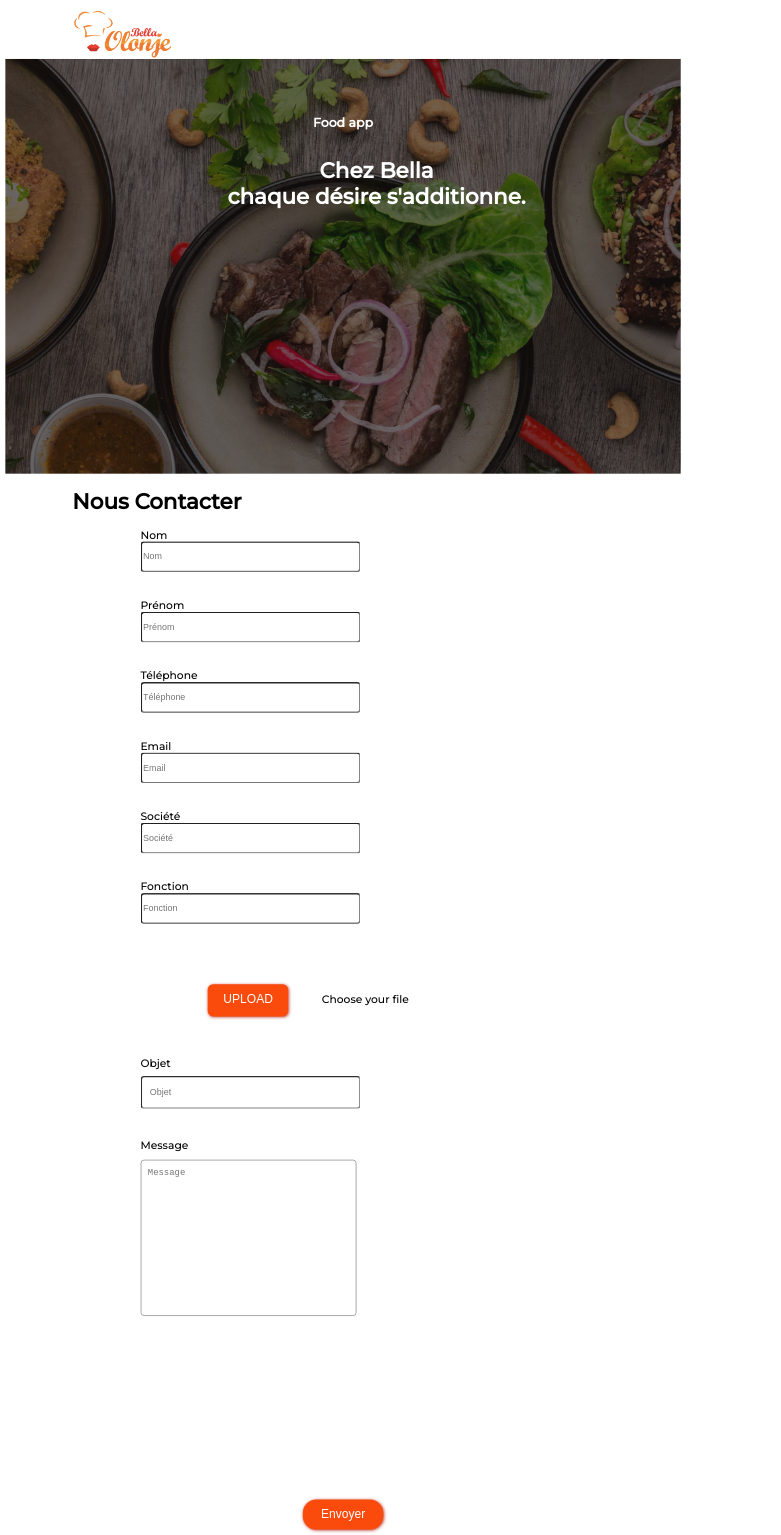
Repository: Ahlam-belhadj/bella-olange
Page: index3.html
An editor plug-in stored every save of this project. The page is shown before and after the next save, followed by the edit.
The browser window is 1024 px wide. The page is 1166 px wide, so the pictures cover 1166 px, including what lies to the right of the window. The pictures show the whole page, at 67% of full size.
Pictures or frames that could not be fetched are drawn as grey boxes.

Above is the page before, as saved 2023-02-12 21:16:12.

### index3.html
<!DOCTYPE html>
<html lang="en">

<head>
    <meta charset="UTF-8">
    <meta http-equiv="X-UA-Compatible" content="IE=edge">
    <meta name="viewport" content="width=device-width, initial-scale=1.0">
    <link rel="stylesheet" href="style3.css">
    <script src="https://www.google.com/recaptcha/api.js" async defer></script>
    <title>Bella olanje</title>
</head>

<body>
    <header>
        <nav>
            <div class="logo"><img  class="logo" src="image/logo_bella_olonje.png" alt="logo"></div>
            <ul>
                <li><a href="#" class="nav-link">Home</a></li>
                <li><a href="#" class="nav-link">Pizza</a></li>
                <li><a href="#" class="nav-link">Burgers</a></li>
                <li><a href="#" class="nav-link">Salade</a></li>
                <li><a href="#" class="nav-link">Contact</a></li>

            </ul>
            <div class="icon_navbar">
                <label for="click" class="menu-btn">
                  <i class="fas fa-bars"></i>
                </label>
            </div>
          </nav>

        <div class="title">
            <div class="texte">
                <h3>Food app</h3>
                <h1>Chez Bella <br>
                    chaque désire s'additionne.</h1>
            </div>
        </div>
    </header>
    <main>
    <div class="information">
        <form>
            <h1>Nous Contacter</h1>
            <div class="commande">
                <div class="info1">
                    <div class="label">
                        <label>Nom</label>
                        <br>
                        <input type="text" placeholder="Nom">
                    </div>
                    <div class="label">
                        <label>Prénom</label>
                        <br>
                        <input type="text" placeholder="Prénom">
                    </div>
                </div>
                <div class="info2">
                    <div class="label">
                        <label>Téléphone</label>
                        <br>
                        <input type="text" placeholder="Téléphone">
                    </div>
                    <div class="label">
                        <label>Email</label>
                        <br>
                        <input type="email" placeholder="Email">
                    </div>
                </div>
                <div class="info1">
                    <div class="label">
                        <label>Société</label>
                        <br>
                        <input type="text" placeholder="Société">
                    </div>
                    <div class="label">
                        <label>Fonction</label>
                        <br>
                        <input type="email" placeholder="Fonction">
                    </div>
                </div>

            </div>
        </form>
    </div>


    <div class="chose">
        <div class="div_button">
            <button class="button1" type="button">UPLOAD</button>
            <p>Choose your file</p>
        </div>
    </div>

    <div>
        <div class="g-recaptcha" data-sitekey="6Lff4ygkAAAAABA1RWNuq8ewgkRZaDD-yAWqFs1t"></div>
    </div>

    <div class="grp_choose">
        <div class="choose_message">
            <div class="label_choose">
                <label>Objet</label><br>
                <input type="text" placeholder="Objet">
            </div>
            <div class="label_message">
                <label>Message</label><br>
                <textarea placeholder="Message"></textarea>
            </div>
        </div>
    </div>


    <div class="maps">
        <iframe
            src="https://www.google.com/maps/embed?pb=!1m18!1m12!1m3!1d6464.54830951471!2d2.4294808287259815!3d48.785241545980085!2m3!1f0!2f0!3f0!3m2!1i1024!2i768!4f13.1!3m3!1m2!1s0x47e67344bd2d57f1%3A0x2a84a845271b523a!2sAFPA!5e0!3m2!1sfr!2sfr!4v1674668360985!5m2!1sfr!2sfr"
            width="600" height="450" style="border:0;" allowfullscreen="" loading="lazy"
            referrerpolicy="no-referrer-when-downgrade"></iframe>
    </div>


    <div class="button1">
        <button class="button">Envoyer</button>
    </div>
</main>
</body>

</html>

### style3.css
@import url('https://fonts.googleapis.com/css2?family=Montserrat:wght@100;200;500&display=swap');

body {
    font-family: Montserrat, sans-serif;
}


.logo {
    height: 80px;
}

nav {
    display: flex;
    height: 80px;
    width: 100%;
    background: white;
    align-items: center;
    justify-content: space-between;
    padding: 0 50px 0 100px;
    flex-wrap: wrap;
}

nav .logo {
    color: #fff;
    font-size: 20px;
    text-transform: uppercase;
    text-decoration: none;
}

nav a {
    color: #fff;
    text-decoration: none;
}

nav ul {
    display: flex;
    flex-wrap: wrap;
    list-style: none;

}

nav ul li {
    margin: 0 5px;
}

nav ul li a {
    color: black;
    text-decoration: none;
    font-size: 16px;
    font-weight: 500;
    padding: 8px 15px;
    border-radius: 5px;
    letter-spacing: 1px;
    transition: all 0.3s ease;
}

nav .icon_navbar {
    display: flex;
}



nav .menu-btn i {
    color: #050505;
    font-size: 22px;
    cursor: pointer;

}

input[type="checkbox"] {
    display: none;
}

@media (max-width: 1000px) {
    nav {
        padding: 0 40px 0 50px;
    }

    nav .logo {
        color: #fff;
        font-size: 16px;
        text-transform: uppercase;
    }
}

@media (max-width: 1250px) {
    nav .menu-btn i {
        display: block;
    }

    #click:checked~.menu-btn i:before {
        content: "\f00d";
    }

    nav ul {
        position: fixed;
        top: 80px;
        right: -100%;
        background: #C81100;
        height: 100vh;
        width: 60%;
        text-align: center;
        display: block;
        transition: all 0.3s ease;
    }

    #click:checked~ul {
        right: 0;
    }

    nav ul li {
        width: 100%;
        margin: 40px 0;
    }

    nav ul li a {
        width: 100%;
        display: block;
        font-size: 20px;
        transition: 0.6s cubic-bezier(0.68, -0.55, 0.265, 1.55);
    }

    #click:checked~ul li a {
        margin-left: 0px;
    }

    nav ul li a.active,
    nav ul li a:hover {
        background: none;
        color: #1E1E1E;
    }
}

.title {
    background-image: url(image/Rectangle\ 48.png);
    height: 619px;
    background-repeat: no-repeat;
    background-position: center;
    background-size: cover;



}

.texte {
    color: white;
    display: flex;
    align-items: center;
    justify-content: center;
    flex-direction: column;
    text-align: center;
    height: 50%;
}

/* header */

h1 {
    padding-left: 100px;
}


h2 {
    text-align: center;
    padding-bottom: 20px;
}

.info1 {
    display: flex;
    justify-content: space-around;
    padding-right: 100px;
}

.info2 {
    display: flex;
    justify-content: space-around;
    padding-right: 100px;
}

input {
    width: 320px;
    height: 40px;
    border-radius: 5px;
    margin-bottom: 40px;

}


.maps {
    display: flex;

    padding-left: 200px;
}

iframe {
    width: 941px;
    height: 500px;
    left: 100px;
    top: 1875px;

}


/* button */
button {
    border: 0;
    line-height: 2.5;
    width: 120px;
    padding: 0 18px;
    font-size: 18px;
    text-align: center;
    color: #fff;
    border-radius: 20px;
    background-color: #FA4A0C;
    box-shadow: 1px 1px 5px #B73227;


}

.button1 {
    display: flex;
    justify-content: end;
    margin: 50px 0px 35px 100px;
    border-radius: 8px;
}

p {
    margin-top: 63px;
    margin-left: 50px;
}

.btn {
    display: flex;
}


.div_button {
    padding: 50px 0px 35px 100px;
    display: flex;
}

/* button */


.chose {
    display: flex;
}

.grp_choose {
    padding-left: 200px;
}

.label_choose input {
    width: 938px;
    height: 35px;
    margin-bottom: 20px;
    margin-top: 10px;
    padding: 5px 12px;
    color: grey;
    border-radius: 5px;
    border-color: gray;
}

.label_message {
    padding-top: 25px;
}

textarea {
    width: 938px;
    height: 141px;
    margin-bottom: 20px;
    color: grey;
    border-color: gray;
    margin-top: 12px;
    padding: 10px 10px 80px;
    outline: none;
    border-radius: 5px;
    resize: none;
}

.g-recaptcha {
    padding-left: 200px;
    margin-bottom: 60px;
}

@media (max-width:650px) {
    .info1 {
        display: flex;
        flex-direction: column;
        padding-left: 15%;
    }

    .info2 {
        display: flex;
        flex-direction: column;
        padding-left: 15%;
    }
    .chose {

        padding-left: 20%;
      }

    .div_button {
        padding: 0px;
    }

    .g-recaptcha {
        margin-top: 40px;
        padding-left: 20%;
    }

    .grp_choose {
        /* padding-left: 0px; */
        padding-left: 15%;
    }

    .label_choose input {
        width: 300px;
    }

    textarea {
        width: 300px;
    }

    .maps {
        padding-left: 0px;
    }

    iframe {
        width: 400px;
        height: 200px;
        top: 1875px;
        padding-left: 10%;

    }

    .button1 {

        justify-content: center;
        margin: 50px 0px 0px 0px;

      }
}

@media screen and (min-width:651px) and (max-width:1199px) {

    .info1 {
        display: flex;
        flex-direction: column;
        padding-left: 20%;
    }

    .info2 {
        display: flex;
        flex-direction: column;
        padding-left: 20%;
    }
    .chose {

        padding-left: 30%;
      }

    .div_button {
        padding: 0px;
    }

    .g-recaptcha {
        margin-top: 40px;
        padding-left: 20%;
    }

    .grp_choose {

        padding-left: 20%;
    }

    .label_choose input {
        width: 300px;
    }

    textarea {
        width: 300px;
    }

    .maps {
        padding-left: 0px;
    }

    iframe {
        width: 400px;
        height: 200px;
        top: 1875px;
        padding-left: 20%;

    }

    .button1 {

        justify-content: center;
        margin: 50px 0px 0px 0px;

      }



}

After the next save:
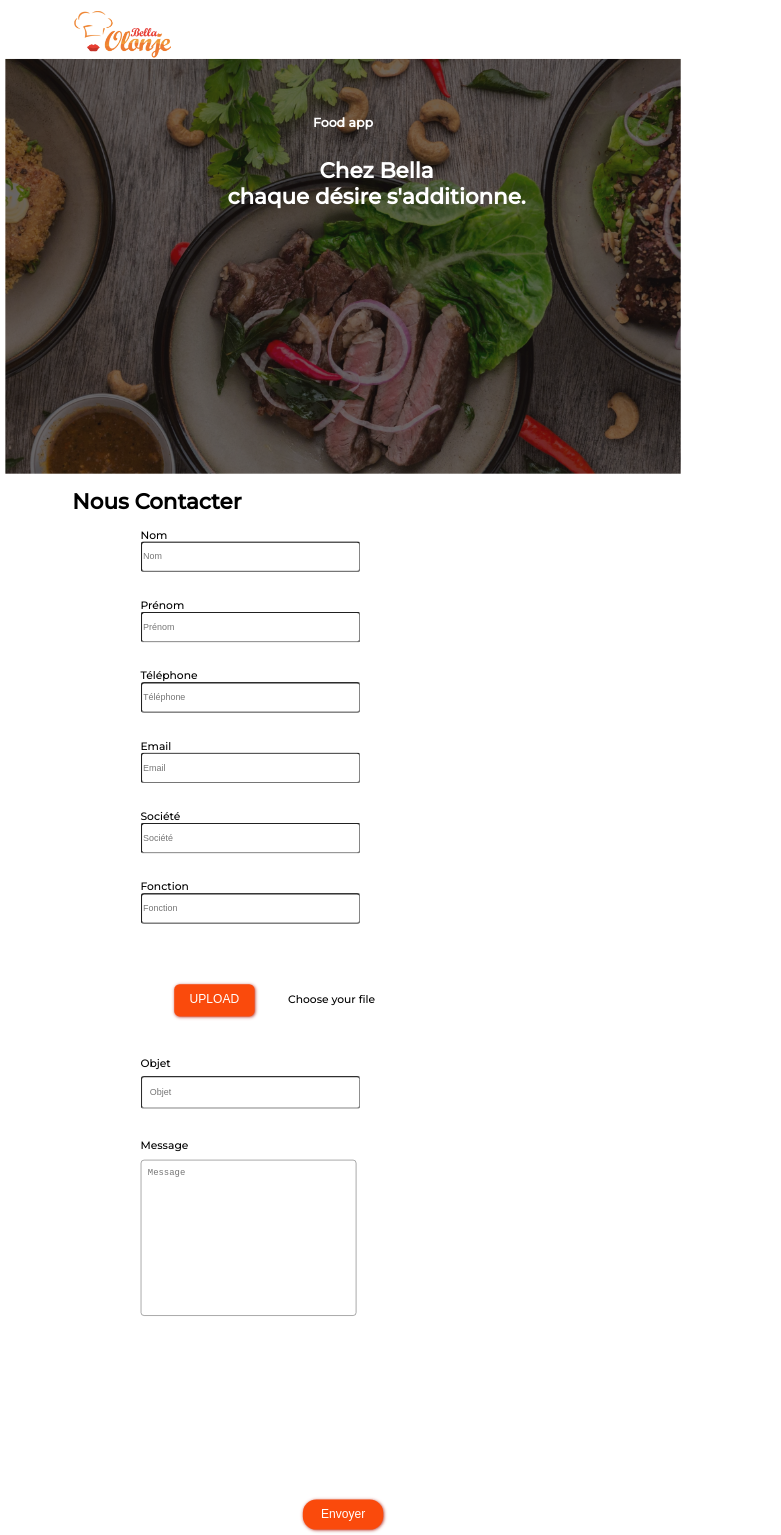
Saved 28 s later.
--- a/style3.css
+++ b/style3.css
@@ -356,7 +356,7 @@ textarea {
     }
     .chose {
 
-        padding-left: 30%;
+        padding-left: 25%;
       }
 
     .div_button {
